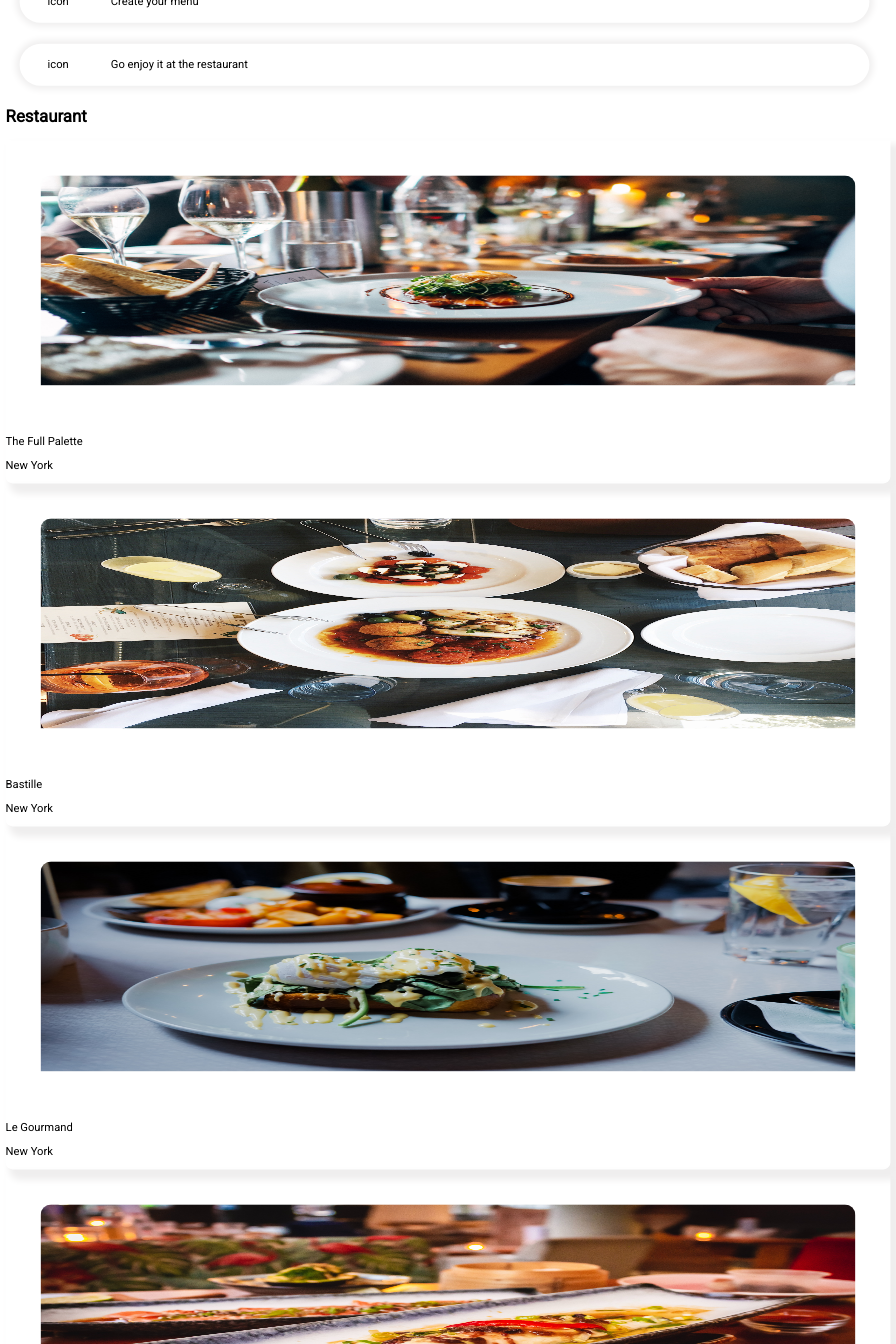
Repository: ailahin/ohmyfood
Page: Index.html
These files come from the project's save history. The page is drawn as it stood at one moment and after the next save; the edit follows.
The browser window is 1280 px wide. The pictures show the part of the page from y = 512 to 2432 px (the page is 2996 px tall), at 70% of full size.
Some web fonts or font styles are not loaded; a fallback is used.

Above is the page before, as saved 2023-08-12 21:24:19.

### Index.html
<!DOCTYPE html>
<html lang="en">
  <head>
    <meta charset="UTF-8" />
    <meta name="viewport" content="width=device-width, initial-scale=1.0" />
    <title>ohmyfood</title>
    <link rel="stylesheet" href="index.css" />
    <link rel="preconnect" href="https://fonts.googleapis.com" />
    <link rel="preconnect" href="https://fonts.gstatic.com" crossorigin />
    <link
      href="https://fonts.googleapis.com/css2?family=Raleway&family=Roboto&family=Shrikhand&display=swap"
      rel="stylesheet"
    />

    <!-- font-family: 'Raleway', sans-serif;
font-family: 'Roboto', sans-serif;
font-family: 'Shrikhand', cursive; -->
    <!-- Primary Secondary Tertiary
#9356DC #FF79DA #99E2D0 -->
  </head>
  <body class="body">
    <header>
      <div class="header-img">
        <img src="/images/logo/ohmyfood.png" alt="" />
      </div>

      <div class="header-title">
        <h3>Paris, Belleville</h3>
      </div>
    </header>

    <nav>
      <div>
        <h1 class="nav-title">Book the menu you like</h1>
        <p class="span-text">Discover top-of-the-art restaurants we</p>
        <p class="span-text">picked for you</p>
        <a href="" type="button" class="nav-btn"> Explore our restaurants</a>
      </div>
    </nav>

    <section>
      <h1>How it works</h1>

      <div class="card">
        <div class="card-icon">icon</div>
        <div class="card-text">Chose a restaurant</div>
      </div>
      <div class="card">
        <div class="card-icon">icon</div>
        <div class="card-text">Create your menu</div>
      </div>
      <div class="card">
        <div class="card-icon">icon</div>
        <div class="card-text">Go enjoy it at the restaurant</div>
      </div>
    </section>

    <section class="all-restaurants">
        <div>
            <h1>Restaurant</h1>
        </div>
      <div class="menu-card">
        <div class="image-container">
            <img src="/images/restaurants/jay-wennington-N_Y88TWmGwA-unsplash.jpg" alt="">
        </div>
        <div>
          <p>The Full Palette</p>
          <p>New York</p>
        </div>
      </div>

      <div  class="menu-card" >
        <div class="image-container">
            <img src="/images/restaurants/stil-u2Lp8tXIcjw-unsplash.jpg" alt="">
        </div>
        <div>
          <p>Bastille</p>
          <p>New York</p>
        </div>
      </div>
      <div  class="menu-card">
        <div class="image-container">
            <img src="/images/restaurants/toa-heftiba-DQKerTsQwi0-unsplash.jpg" alt="">
        </div>
        <div>
          <p>Le Gourmand</p>
          <p>New York</p>
        </div>
      </div>
      <div  class="menu-card">
        <div class="image-container">
            <img src="/images/restaurants/louis-hansel-shotsoflouis-qNBGVyOCY8Q-unsplash.jpg" alt="">
        </div>
        <div>
          <p>The Enchanted Plate</p>
          <p>New York</p>
        </div>
      </div>
    </section>
    <footer>
      <section class="footer">
        <h1 class="footer-title">ohmyfood</h1>
        <div class="icon-text">
          <div>
            <p>icon</p>
          </div>
          <div>
            <p>Suggest a restaurant</p>
          </div>
        </div>
        <div class="icon-text">
          <div><p>icon</p></div>
          <div><p>Become a partner</p></div>
        </div>
        <p>Legal</p>
        <p>Contact</p>
      </section>
    </footer>
  </body>
</html>

### index.css

* {

    font-family: 'Roboto', sans-serif;
  }


.header-img {
    display: flex;
    align-items: center;
    justify-content: center;
    & img{
        width: 200px;

    }



}
.header-title{
    display: flex;
    align-items: center;
    justify-content:center;

}
nav{
    background-color: rgb(240, 241, 241);
    padding: 10px;
    padding-bottom: 10px;
    width: 100%;
    box-sizing: border-box;





    .nav-title{
        align-items: center;
        justify-content: center;
        display: flex;
        font-family: 'Roboto', sans-serif;
        font-size: 30px;

    }

    .span-text{
        align-items: center;
        justify-content: center;
        display: flex;
    }

    .nav-btn {
        display: flex;
        align-items: center;
        justify-content: center;
        background-color: pink;
        width: 200px;
        margin: 0 auto;
        text-decoration: none;
        padding: 10px;
        border-radius: 1000px;
        font-weight: bold;

    }
}
.card{
    box-shadow: 0px 0px 10px 5px rgb(239, 238, 238);
    border-radius: 100px;
    margin: 30px 30px 30px 20px;
    height:60px;
    display: flex;
    align-items: center;
    gap: 60px;
}

.card-text{
    margin-left: 00px;



}

.card-icon{
    margin-left: 40px;


}


/* imgage and restaurant section */

.menu-card{
    box-shadow: 10px 10px 10px 5px rgb(239, 238, 238);
    border-radius: 0px 0px 10px 10px;
    overflow: hidden;

}
.image-container {
    border-radius: 15px 15px 0px 0px;
    overflow: hidden;
    padding: 50px;





}


.image-container img{
    height: 300px;
    width: 100%;
    border-radius: 15px 15px 0px 0px;
    overflow: hidden;





}


/* footer  CSS */

.footer{
    background-color: rgb(57, 57, 57);
    color: white;
    padding: 30px;
    .footer-title{
        font-family: 'Shrikhand', cursive
    }
    .icon-text{
        display: flex;
        gap: 20px;

    }
}

After the next save:
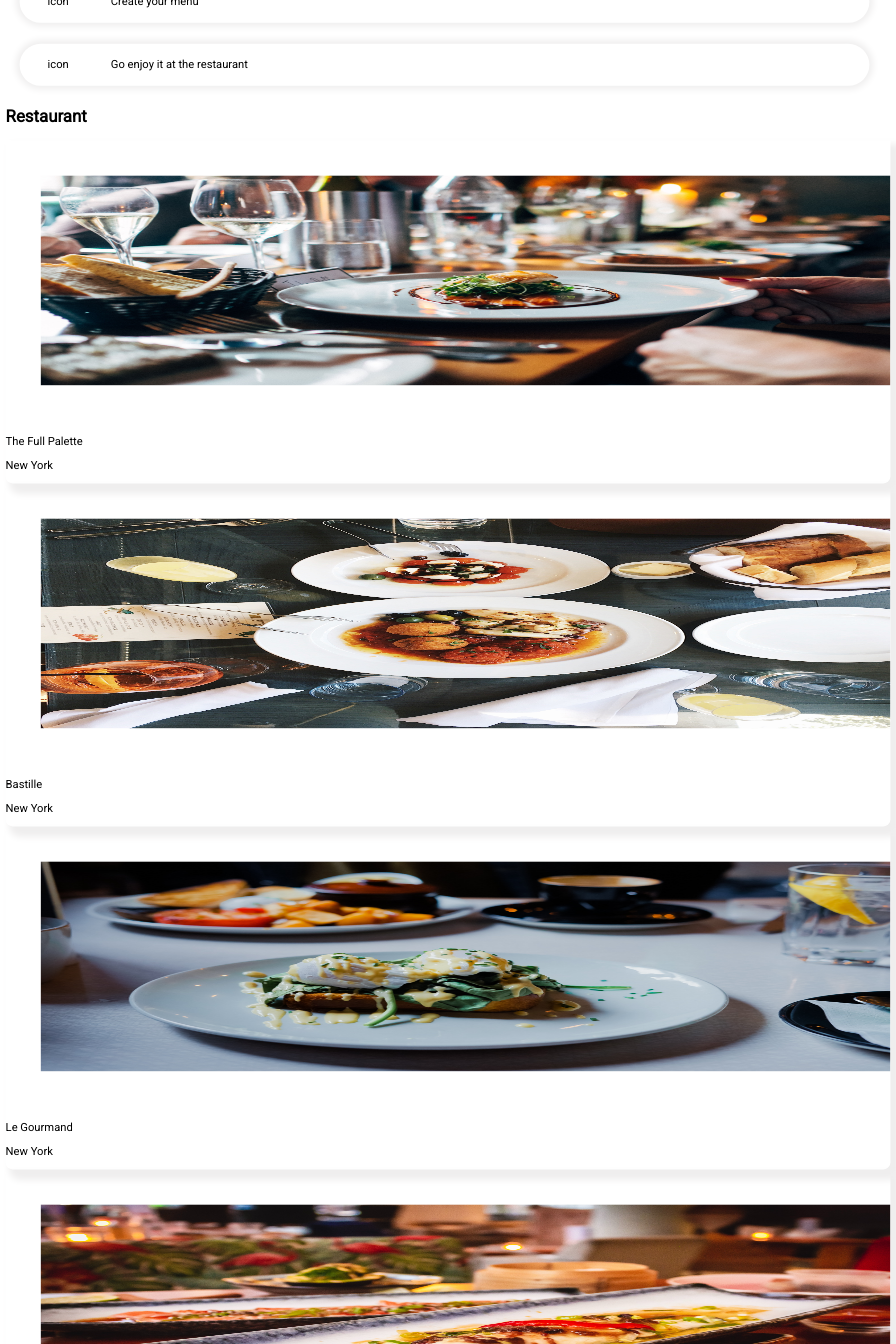
Saved 15 s later.
--- a/index.css
+++ b/index.css
@@ -98,7 +98,7 @@ nav{
 .image-container {
     border-radius: 15px 15px 0px 0px;
     overflow: hidden;
-    padding: 50px;
+
 
 
 
@@ -112,6 +112,7 @@ nav{
     width: 100%;
     border-radius: 15px 15px 0px 0px;
     overflow: hidden;
+    padding: 50px;
 
 
 
